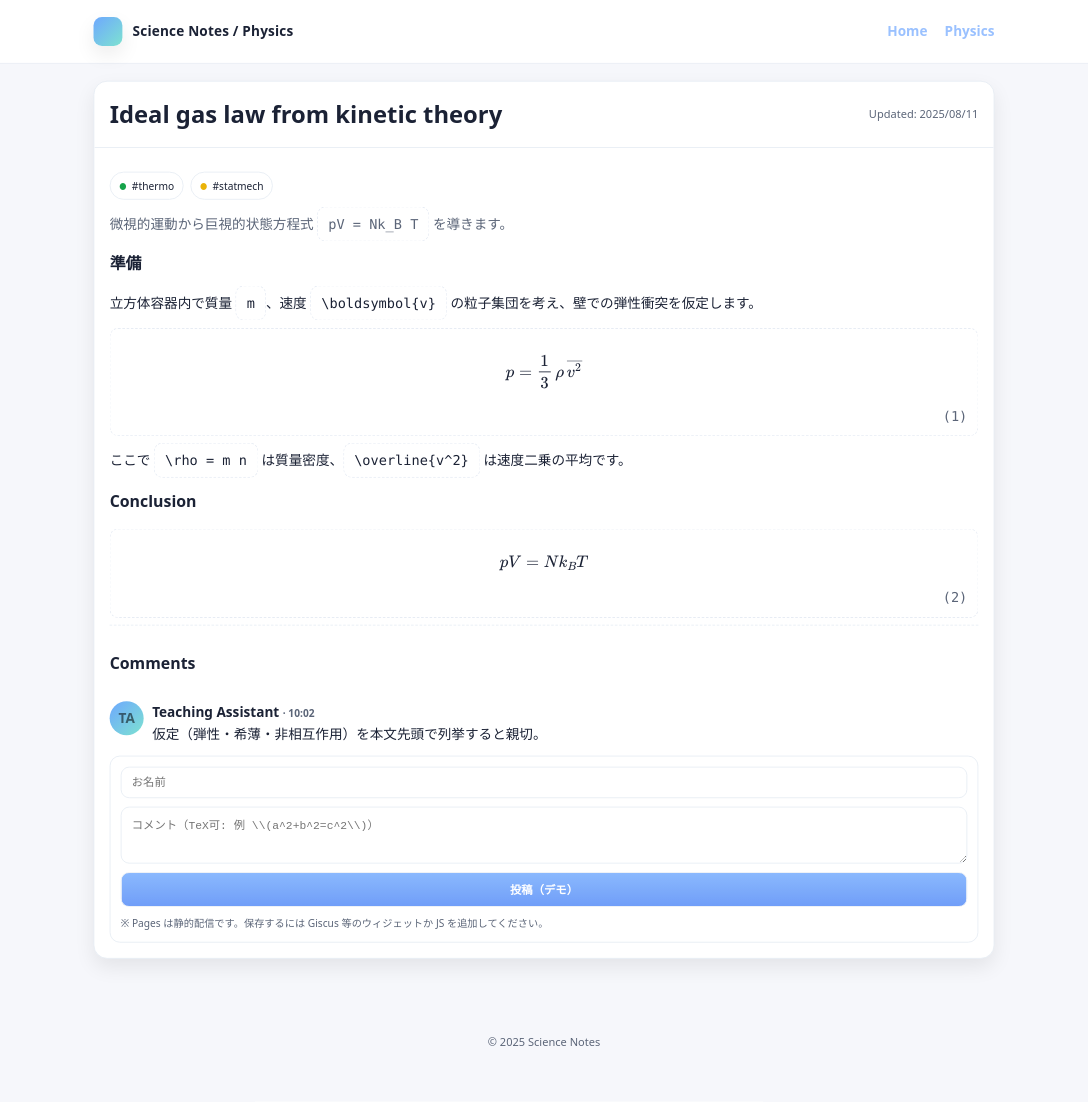
Repository: Riki-Mochimaru/tureduretunedune
Page: physics/FluidDynamics/ReynoldsTensil/index.html
The author's editor kept a copy of each file at every save. The page is drawn from the files as they stood at one save, then again after the next save.
The browser window is 1280 px wide. The pictures show the whole page, at 85% of full size.

Above is the page before, as saved 2025-08-11 21:00:29.

After the next save:
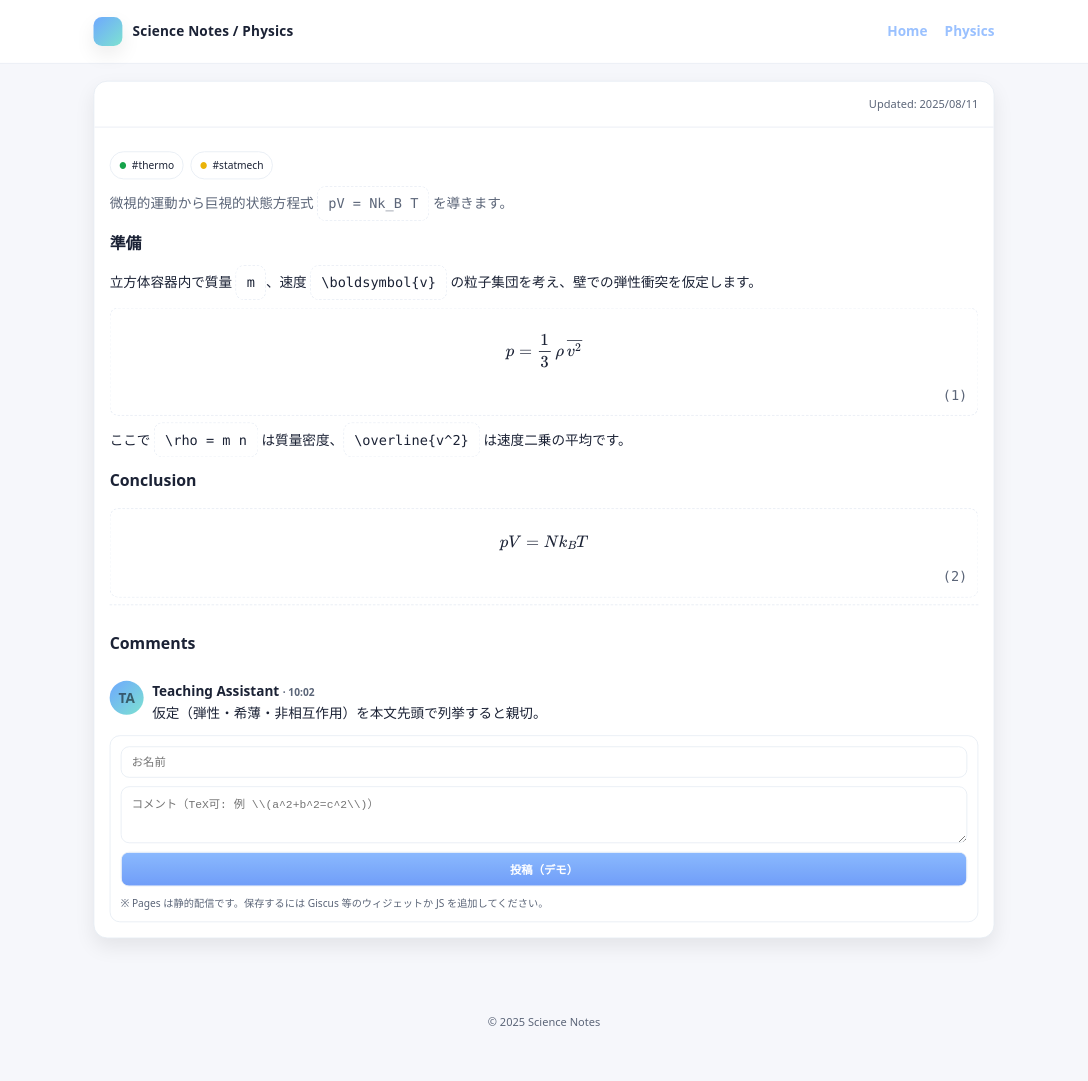
Saved 10 s later.
--- a/physics/FluidDynamics/ReynoldsTensil/index.html
+++ b/physics/FluidDynamics/ReynoldsTensil/index.html
@@ -25,7 +25,7 @@
   <main class="shell">
     <article class="card post">
       <div class="hd">
-        <h2>Ideal gas law from kinetic theory</h2>
+        <h2></h2>
         <div class="meta"><span>Updated: <time data-auto-updated datetime="">—</time></span></div>
       </div>
       <div class="bd">

After the 2 saves that followed:
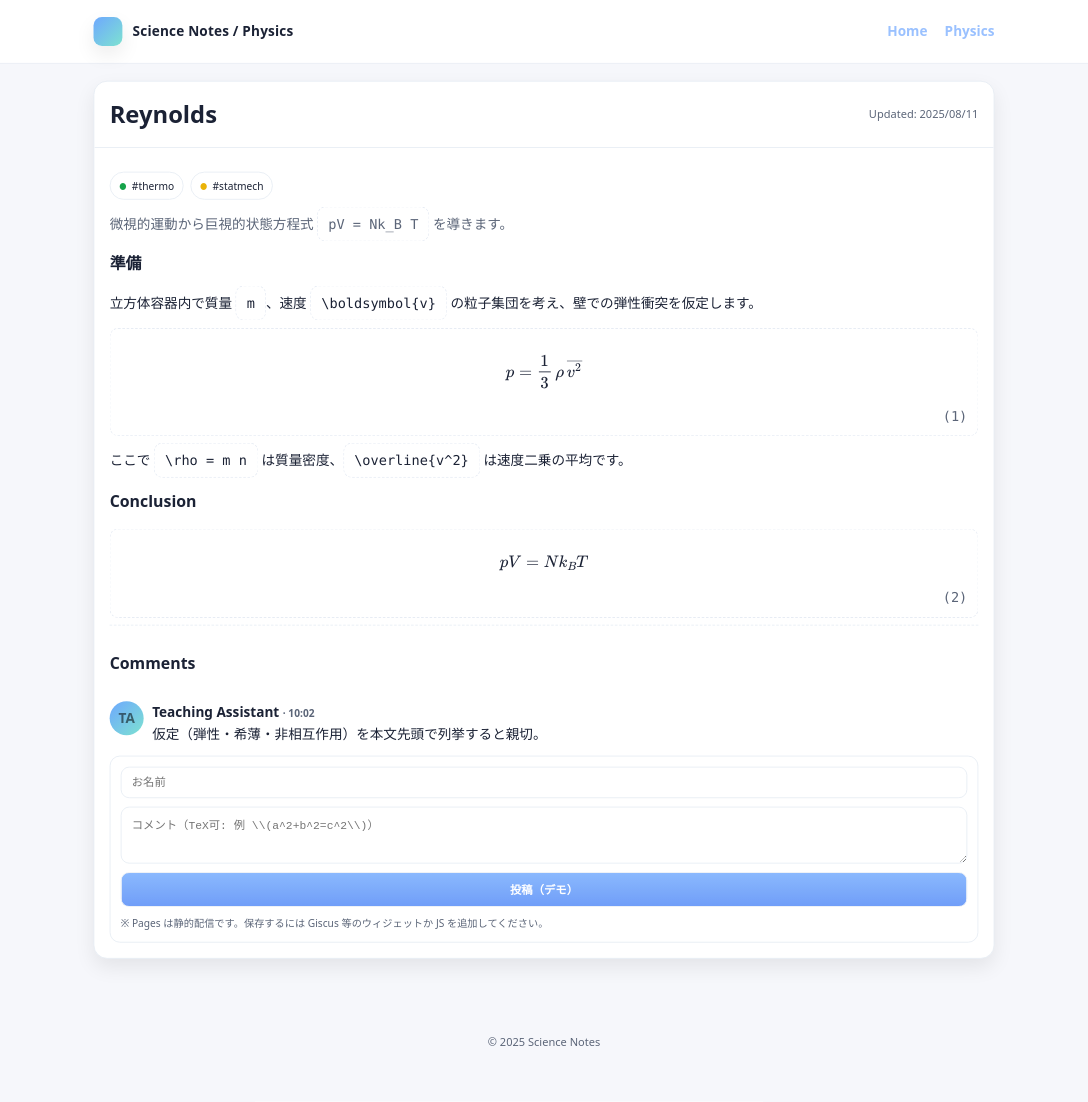
The 2 saves are shown as one change because they came seconds apart.
The last was saved 9 s later.
--- a/physics/FluidDynamics/ReynoldsTensil/index.html
+++ b/physics/FluidDynamics/ReynoldsTensil/index.html
@@ -25,7 +25,7 @@
   <main class="shell">
     <article class="card post">
       <div class="hd">
-        <h2></h2>
+        <h2>Reynolds </h2>
         <div class="meta"><span>Updated: <time data-auto-updated datetime="">—</time></span></div>
       </div>
       <div class="bd">
